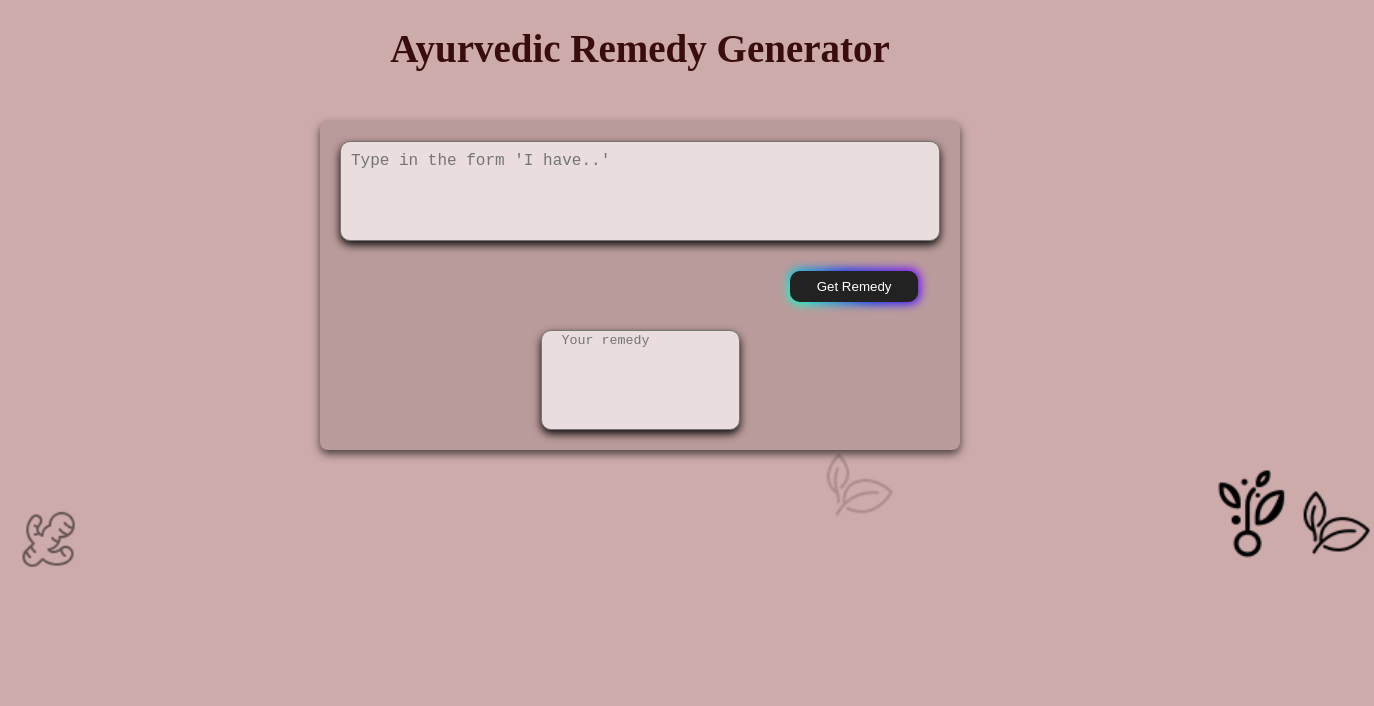
Repository: krutarthh/Ayurvedic-Remedy
Page: index.html
The author's editor kept a copy of each file at every save. The page is drawn from the files as they stood at one save, then again after the next save.
The browser window is 1280 px wide. The page is 1374 px wide, so the pictures cover 1374 px, including what lies to the right of the window. The pictures show the whole page.

Above is the page before, as saved 2024-04-10 15:27:51.

After the next save:
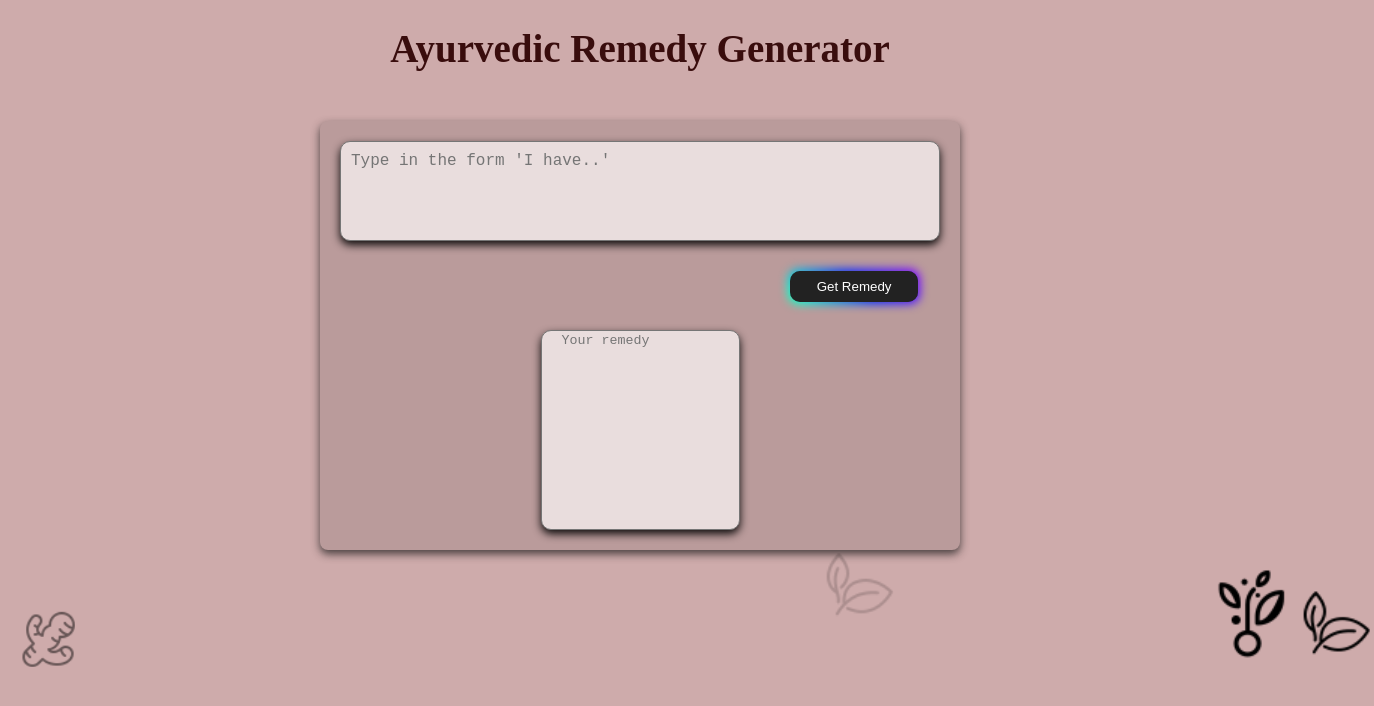
Saved 25 s later.
--- a/app.css
+++ b/app.css
@@ -26,14 +26,14 @@ background-color: #e9dddd;
 }
 
 #answer {
-    background-color: #e9dddd;
-    border-radius: 10px; /* Add border-radius property with a value of 10px */
-    box-sizing: border-box;
-    resize: none;
-    height: 100px;
-    margin: 0 auto;
-    display: block;
-    box-shadow: 0 4px 8px rgba(0, 0, 0, 0.931);
+  background-color: #e9dddd;
+  border-radius: 10px; /* Add border-radius property with a value of 10px */
+  box-sizing: border-box;
+  resize: none;
+  height: 200px; /* Increase the height to 200px */
+  margin: 0 auto;
+  display: block;
+  box-shadow: 0 4px 8px rgba(0, 0, 0, 0.931);
 }
 
 #user_input {
